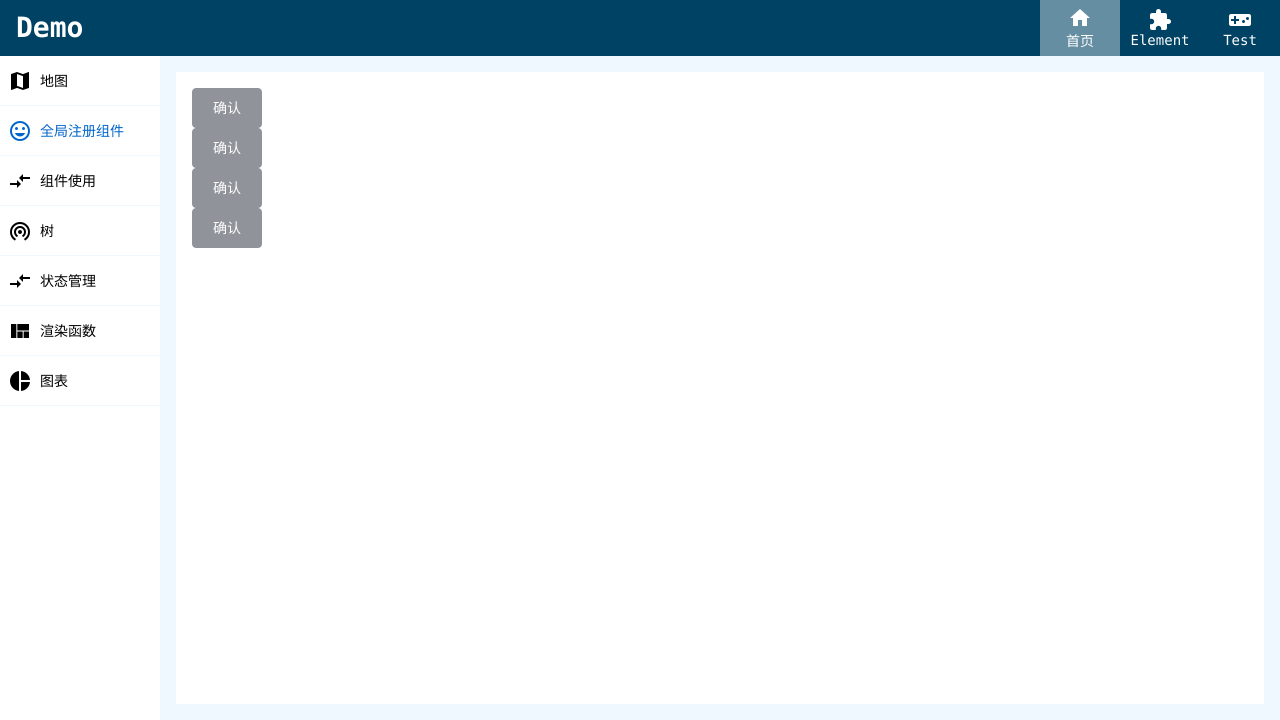
Repository: zh-webliker/element-vue
Page: /Main/Icon
The author's editor kept a copy of each file at every save. The page is drawn from the files as they stood at one save, then again after the next save.
The browser window is 1280 px wide. The pictures show the whole page.
The project was rebuilt for these pictures with package versions that can differ from the ones it lists, and the page was loaded fresh each time. Also part of the build but not shown: vue.config.js, src/components/baseComponts/Basetitle.vue. Imported but missing from the stored project, and not drawn on this page: src/json/contour, src/json/hl.

Above is the page before, as saved 2020-09-11 16:24:23.

After the next save:
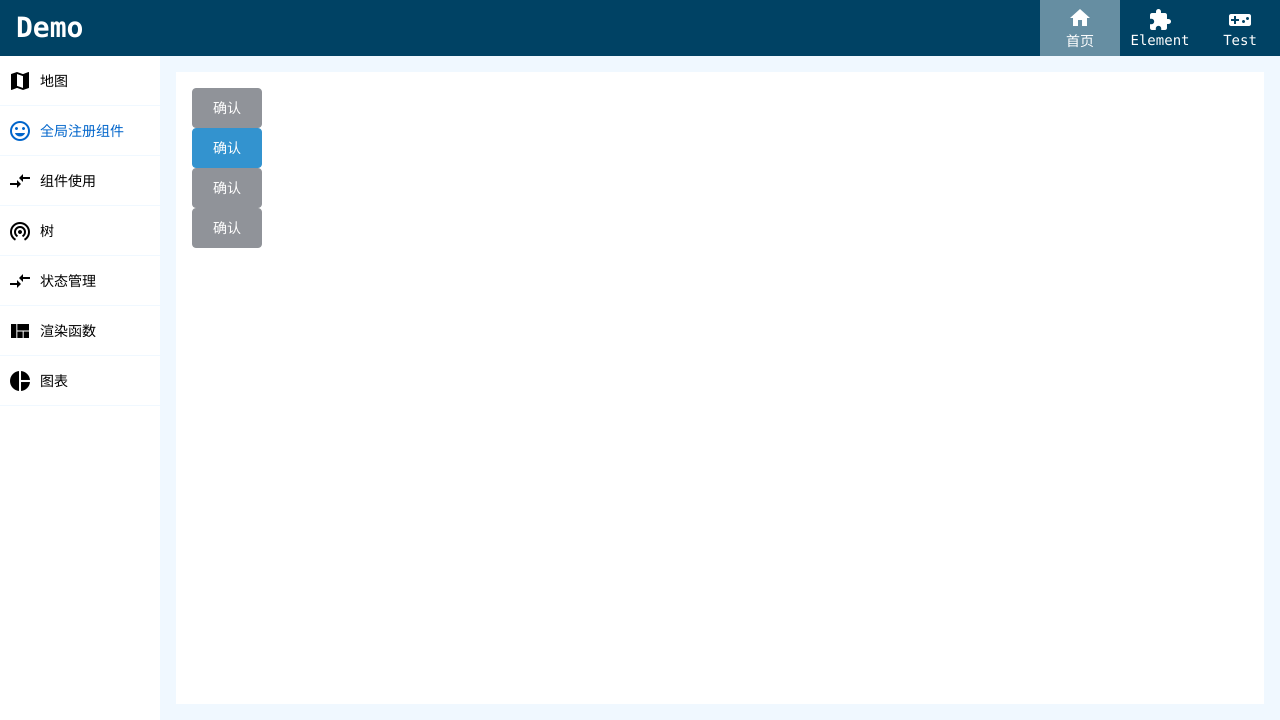
Saved 10 s later.
--- a/src/views/main/Icon.vue
+++ b/src/views/main/Icon.vue
@@ -1,7 +1,7 @@
 <template>
   <div>
     <Basebutton :type='info'></Basebutton>
-    <Basebutton :type='info'></Basebutton>
+    <Basebutton :type='success'></Basebutton>
     <Basebutton :type='info'></Basebutton>
     <Basebutton :type='info'></Basebutton>
   </div>
